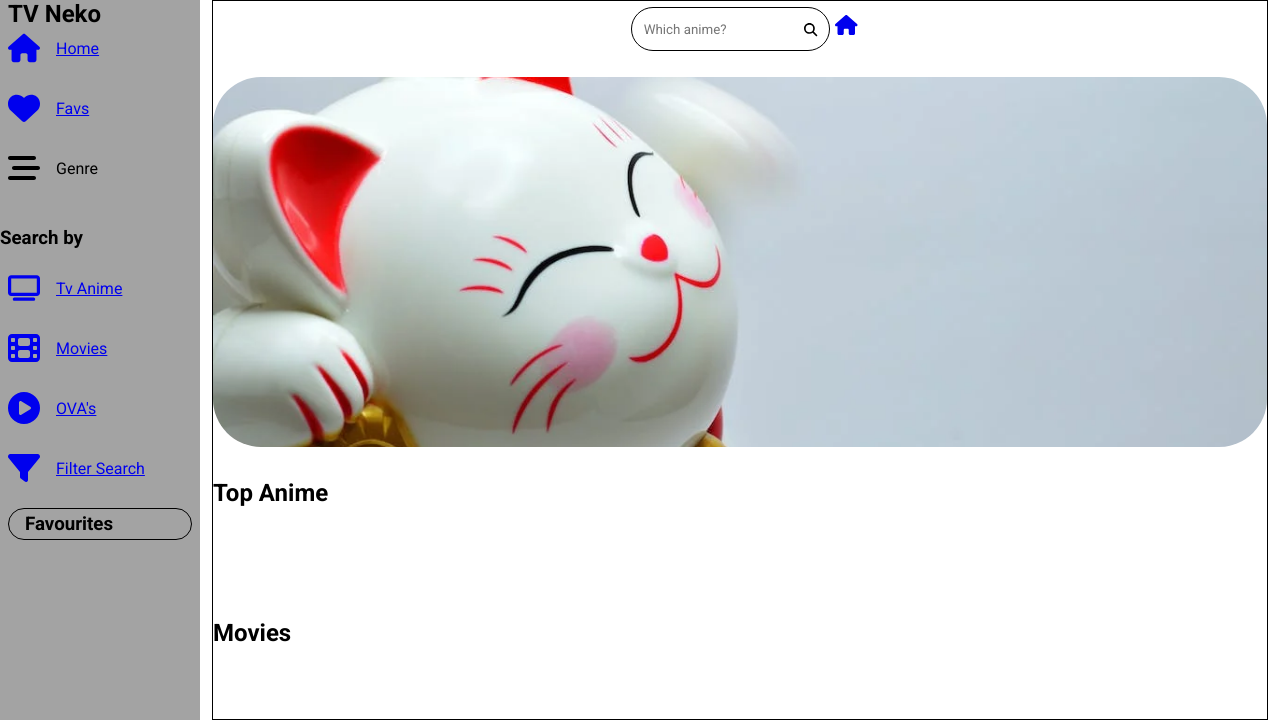
Repository: OwenMargiela/AnimeDatabse
Page: /
These files come from the project's save history. The page is drawn as it stood at one moment and after the next save; the edit follows.
The browser window is 1280 px wide. The pictures show the whole page.
The page's requests for data from a server got no answer. An inner scrolling area shows only its first screen. The project was rebuilt for these pictures with package versions that can differ from the ones it lists, and the page was loaded fresh each time. No one was signed in, and anything a server would have sent is missing. Also part of the build but not shown: src/Components/AnimeContainer.jsx, src/Pages/AnimePage/AnimePage.jsx, src/Components/Score.css, src/Components/Score.jsx, src/Components/AnimeDescription.jsx, src/Pages/AnimePage/AnimeInfo.jsx, src/Pages/AnimePage/AnimeGenre.jsx, src/Pages/FavouritesPage/Favourites.css and 7 more.

Above is the page before, as saved 2023-01-26 14:20:59.

After the next save:
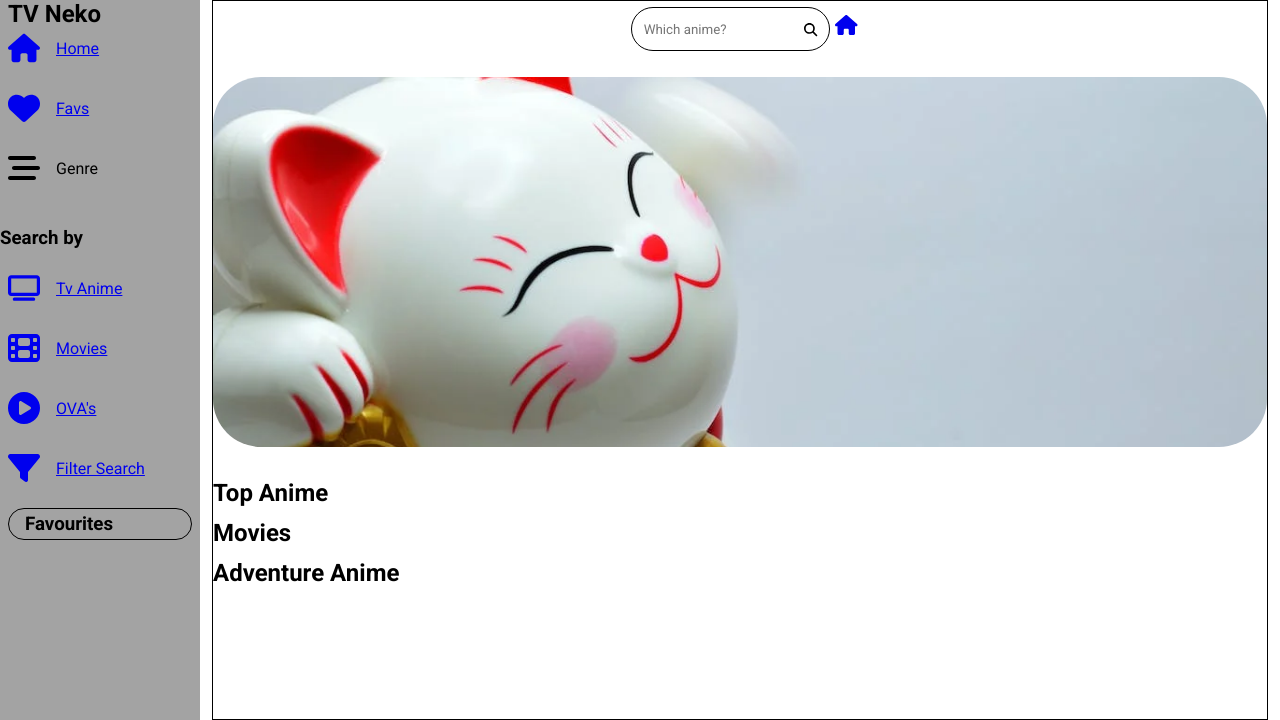
Saved 70 s later.
--- a/src/App.css
+++ b/src/App.css
@@ -94,6 +94,7 @@ nav {
 .anime__wrapper--container{
   display: flex;
   flex-direction: column;
+  margin-bottom: -100px;
 }
 
 .anime__container{
